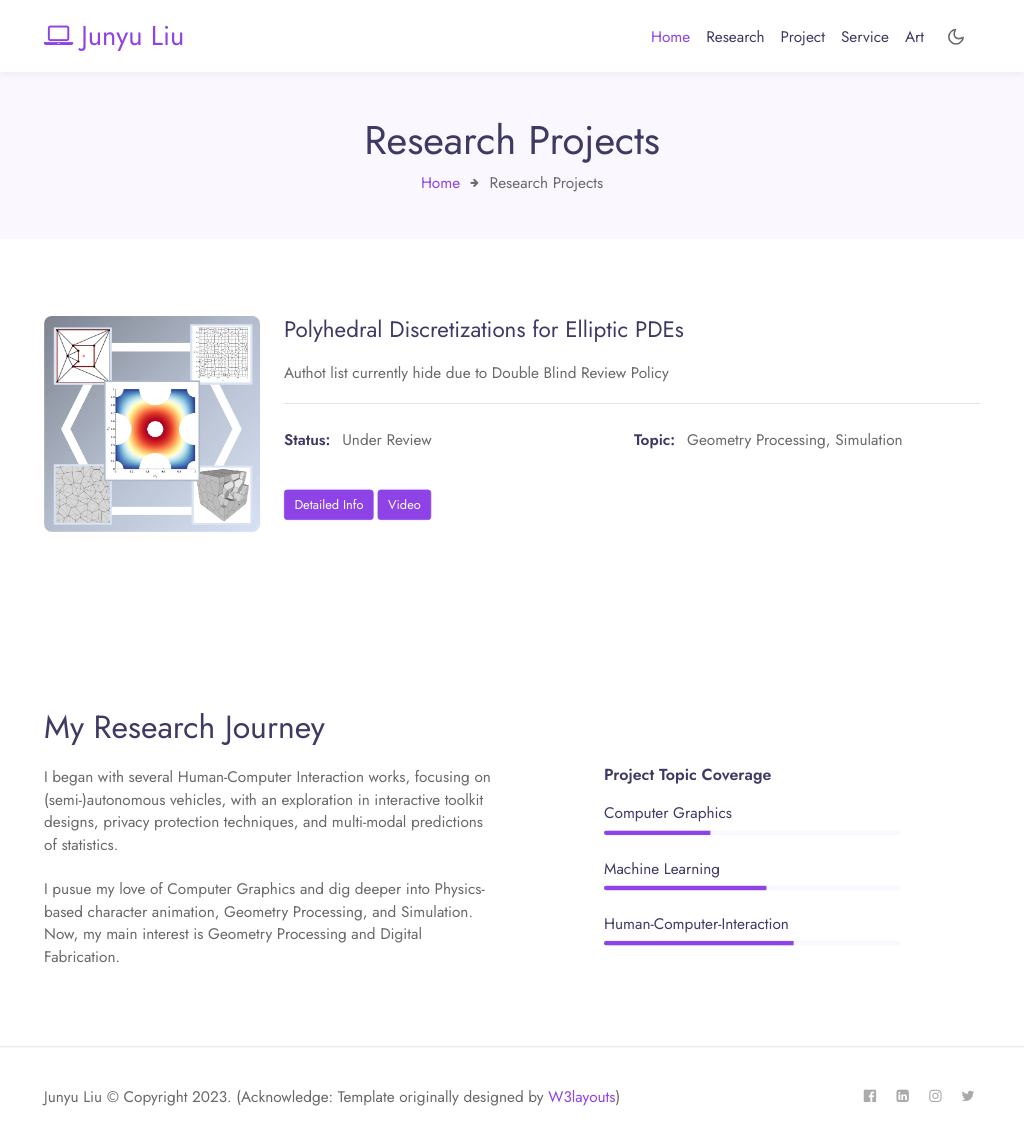
Repository: Junyu-Liu-Nate/junyu-liu-nate.github.io
Page: project.html
An editor plug-in stored every save of this project. The page is shown before and after the next save, followed by the edit.
The browser window is 1280 px wide. The pictures show the whole page, at 80% of full size.

Above is the page before, as saved 2024-04-10 17:55:43.
Console error: TypeError: Cannot read properties of null (reading 'classList')

### project.html
<!--
Author: Junyu Liu
Author: W3layouts
Author URL: http://w3layouts.com
-->
<!doctype html>
<html lang="en">

<head>
  <!-- Required meta tags -->
  <meta charset="utf-8">
  <meta name="viewport" content="width=device-width, initial-scale=1, shrink-to-fit=no">

  <title>Junyu Liu - Projects</title>

  <!-- google fonts -->
  <link href="//fonts.googleapis.com/css2?family=Jost:wght@300;400;600&display=swap" rel="stylesheet">

  <!-- Template CSS -->
  <link rel="stylesheet" href="assets/css/style-starter.css">
</head>

<body>
<!-- header -->
<header id="site-header" class="fixed-top">
  <div class="container">
      <nav class="navbar navbar-expand-lg stroke">
          <a class="navbar-brand" href="index.html">
              <span class="fa fa-laptop"></span> Junyu Liu
          </a>
          <!-- if logo is image enable this
      <a class="navbar-brand" href="#index.html">
          <img src="image-path" alt="Your logo" title="Your logo" style="height:35px;" />
      </a> -->
          <button class="navbar-toggler  collapsed bg-gradient" type="button" data-toggle="collapse"
              data-target="#navbarTogglerDemo02" aria-controls="navbarTogglerDemo02" aria-expanded="false"
              aria-label="Toggle navigation">
              <span class="navbar-toggler-icon fa icon-expand fa-bars"></span>
              <span class="navbar-toggler-icon fa icon-close fa-times"></span>
              </span>
          </button>

          <div class="collapse navbar-collapse" id="navbarTogglerDemo02">
            <ul class="navbar-nav ml-auto">
                <li class="nav-item active">
                    <a class="nav-link" href="index.html">Home <span class="sr-only">(current)</span></a>
                </li>
                <li class="nav-item @@research_active">
                    <a class="nav-link" href="research.html">Research</a>
                </li>
                <li class="nav-item @@project_active">
                  <a class="nav-link" href="project.html">Project</a>
                </li>
                <li class="nav-item @@service_active">
                  <a class="nav-link" href="service.html">Service</a>
                </li>
                <li class="nav-item @@art_active">
                    <a class="nav-link" href="art.html">Art</a>
                </li>
            </ul>
        </div>
          <!-- toggle switch for light and dark theme -->
          <div class="mobile-position">
              <nav class="navigation">
                  <div class="theme-switch-wrapper">
                      <label class="theme-switch" for="checkbox">
                          <input type="checkbox" id="checkbox">
                          <div class="mode-container">
                              <i class="gg-sun"></i>
                              <i class="gg-moon"></i>
                          </div>
                      </label>
                  </div>
              </nav>
          </div>
          <!-- //toggle switch for light and dark theme -->
      </nav>
  </div>
</header>
<!-- //header -->

<!-- about breadcrumb -->
<section class="w3l-about-breadcrumb text-center">
    <div class="breadcrumb-bg breadcrumb-bg-about py-sm-5 py-4">
        <div class="container py-2">
            <h2 class="title">Research Projects</h2>
            <ul class="breadcrumbs-custom-path mt-2">
                <li><a href="index.html">Home</a></li>
                <li class="active"><span class="fa fa-arrow-right mx-2" aria-hidden="true"></span> Research Projects </li>
            </ul>
        </div>
    </div>
</section>
<!-- //about breadcrumb -->

<!-- about page about section -->
<section class="w3l-aboutblock1" id="about">
    <div class="midd-w3 py-5">
        <div class="container py-lg-5 py-md-3">
              <div class="row">
                <div class="col-lg-3">
                  <div class="position-relative">
                      <img src="assets/images/project/thumnail/port-FEM-vs-VEM.png" alt="" class="radius-image img-fluid">
                  </div>
                </div>
                <div class="col-lg-9 mt-lg-0 mt-5">
                    <!-- <h5 class="title-small mb-2">Hello, I am UI/UX Designer</h5> -->
                    <h3 class="title">Polyhedral Discretizations for Elliptic PDEs</h3>
                    <p class="mt-4">
                      Authot list currently hide due to Double Blind Review Policy
                    </p>
                    <!-- <p class="mt-4">Proposed, developed and validated the first formalization method of Feint actions, the Palindrome-directed Generation of Feint. Designed and developed an automatic Feint generation model, FeintNet, to incorporate action-level policy designs with the formalization, enabling the effectiveness of Feint in multi-agent scenarios. The experiment results show that Feint actions brings overall benefits and introduce a great extent of diversity in Multi-Player Games.</p> -->
                    <div class="my-info mt-4">
                        <div class="single-info"><span>Status:</span>
                            <p>Under Review</p>
                        </div>
                        <div class="single-info"><span>Topic:</span>
                          <p>Geometry Processing, Simulation</p>
                        </div>
                    </div>
                    <div class="mt-sm-5 mt-4">
                      <a href="projects/Polygedral.html" class="btn btn-primary">Detailed Info</a>
                      <a href="https://youtu.be/e83U_-0MTHk" class="btn btn-primary">Video</a>
                      <!-- <a href="#download" class="btn btn-primary">Paper</a> -->
                      <!-- <a href="#download" class="btn btn-primary">Code</a> -->
                      <!-- <a href="#download" class="btn btn-primary">Video</a> -->
                    </div>
                    <!-- <div class="my-social mt-lg-3 mt-4">
                        <a href="#download" class="btn btn-style btn-primary">Detailed Info</a>
                        <ul class="social m-0 p-0">
                            <a href="#download" class="btn btn-outline-primary btn-style mr-2">Website</a>
                            <a href="#download" class="btn btn-outline-primary btn-style mr-2">Paper</a>
                            <a href="#download" class="btn btn-outline-primary btn-style mr-2">Code</a>
                        </ul>
                    </div> -->
                </div>
            </div>

            <!-- <p><br>-----------------------------------------------------------------------------------------------------------------------------------------------------------------------------------<br><br></p> -->
            <p><br></p>

        </div>
    </div>
</section>
<!-- //about page about section -->

<!-- about page third section -->
<section class="w3l-content-6 py-5">
    <div class="content-6-mian py-lg-5 py-md-4">
        <div class="container">
            <div class="content-info-in row">
                <div class="content-gd col-lg-6">
                    <h3 class="title-big mb-4">My Research Journey</h3>
                    <p>
                      I began with several Human-Computer Interaction works, focusing on (semi-)autonomous vehicles, with an exploration in interactive toolkit designs, privacy protection techniques, and multi-modal predictions of statistics.
                      <br><br>

                      I pusue my love of Computer Graphics and dig deeper into Physics-based character animation, Geometry Processing, and Simulation. Now, my main interest is Geometry Processing and Digital Fabrication.
                    </p>
                </div>
                <div class="content-gd col-lg-4 offset-lg-1">
                    <br><br><br>
                    <h5><b>Project Topic Coverage</b></h5><br>
                    <div class="progress-info">
                        <h6 class="progress-tittle">Computer Graphics</h6>
                        <div class="progress">
                            <div class="progress-bar progress-bar-striped" role="progressbar" style="width: 36%"
                                aria-valuenow="36" aria-valuemin="0" aria-valuemax="100">
                            </div>
                        </div>
                    </div>
                    <div class="progress-info">
                        <h6 class="progress-tittle">Machine Learning
                        </h6>
                        <div class="progress">
                            <div class="progress-bar progress-bar-striped" role="progressbar" style="width: 55%"
                                aria-valuenow="55" aria-valuemin="0" aria-valuemax="100">
                            </div>
                        </div>
                    </div>
                    <div class="progress-info">
                        <h6 class="progress-tittle">Human-Computer-Interaction</h6>
                        <div class="progress">
                            <div class="progress-bar progress-bar-striped" role="progressbar" style="width: 64%"
                                aria-valuenow="64" aria-valuemin="0" aria-valuemax="100">
                            </div>
                        </div>
                    </div>
                </div>
            </div>
        </div>
    </div>
</section>
<!-- about page third section -->

<!-- Footer -->
<section class="w3l-footer py-sm-5 py-4">
  <div class="container">
    <div class="footer-content">
      <div class="row">
        <div class="col-lg-8 footer-left">
          <p class="m-0">Junyu Liu © Copyright 2023. (Acknowledge: Template originally designed by <a href="https://w3layouts.com">W3layouts</a>)</p>
        </div>
        <div class="col-lg-4 footer-right text-lg-right text-center mt-lg-0 mt-3">
          <ul class="social m-0 p-0">
            <li><a href="#facebook"><span class="fa fa-facebook-official"></span></a></li>
            <li><a href="#linkedin"><span class="fa fa-linkedin-square"></span></a></li>
            <li><a href="#instagram"><span class="fa fa-instagram"></span></a></li>
            <li><a href="#twitter"><span class="fa fa-twitter"></span></a></li>
          </ul>
        </div>
      </div>
    </div>
  </div>

  <!-- move top -->
  <button onclick="topFunction()" id="movetop" title="Go to top">
    <span class="fa fa-angle-up"></span>
  </button>
  <script>
    // When the user scrolls down 20px from the top of the document, show the button
    window.onscroll = function () {
      scrollFunction()
    };

    function scrollFunction() {
      if (document.body.scrollTop > 20 || document.documentElement.scrollTop > 20) {
        document.getElementById("movetop").style.display = "block";
      } else {
        document.getElementById("movetop").style.display = "none";
      }
    }

    // When the user clicks on the button, scroll to the top of the document
    function topFunction() {
      document.body.scrollTop = 0;
      document.documentElement.scrollTop = 0;
    }
  </script>
  <!-- /move top -->
</section>
<!-- //Footer -->

<!-- all js scripts and files here -->

<script src="assets/js/theme-change.js"></script><!-- theme switch js (light and dark)-->

<script src="assets/js/jquery-3.3.1.min.js"></script><!-- default jQuery -->

<!-- /typig-text-->
<script>
  const typedTextSpan = document.querySelector(".typed-text");
  const cursorSpan = document.querySelector(".cursor");

  const textArray = ["UI/UX Designer", "Freelancer", "Web developer"];
  const typingDelay = 200;
  const erasingDelay = 10;
  const newTextDelay = 100; // Delay between current and next text
  let textArrayIndex = 0;
  let charIndex = 0;

  function type() {
    if (charIndex < textArray[textArrayIndex].length) {
      if (!cursorSpan.classList.contains("typing")) cursorSpan.classList.add("typing");
      typedTextSpan.textContent += textArray[textArrayIndex].charAt(charIndex);
      charIndex++;
      setTimeout(type, typingDelay);
    } else {
      cursorSpan.classList.remove("typing");
      setTimeout(erase, newTextDelay);
    }
  }

  function erase() {
    if (charIndex > 0) {
      // add class 'typing' if there's none
      if (!cursorSpan.classList.contains("typing")) {
        cursorSpan.classList.add("typing");
      }
      typedTextSpan.textContent = textArray[textArrayIndex].substring(0, 0);
      charIndex--;
      setTimeout(erase, erasingDelay);
    } else {
      cursorSpan.classList.remove("typing");
      textArrayIndex++;
      if (textArrayIndex >= textArray.length) textArrayIndex = 0;
      setTimeout(type, typingDelay);
    }
  }

  document.addEventListener("DOMContentLoaded", function () { // On DOM Load initiate the effect
    if (textArray.length) setTimeout(type, newTextDelay + 250);
  });
</script>
<!-- //typig-text-->

<!-- services owlcarousel -->
<script src="assets/js/owl.carousel.js"></script>

<!-- script for services -->
<script>
  $(document).ready(function () {
    $('.owl-two').owlCarousel({
      loop: true,
      margin: 30,
      nav: false,
      responsiveClass: true,
      autoplay: false,
      autoplayTimeout: 5000,
      autoplaySpeed: 1000,
      autoplayHoverPause: false,
      responsive: {
        0: {
          items: 1,
          nav: false
        },
        480: {
          items: 1,
          nav: false
        },
        700: {
          items: 1,
          nav: false
        },
        1090: {
          items: 3,
          nav: false
        }
      }
    })
  })
</script>
<!-- //script for services -->

<!-- script for tesimonials carousel slider -->
<script>
  $(document).ready(function () {
    $("#owl-demo1").owlCarousel({
      loop: true,
      margin: 20,
      nav: false,
      responsiveClass: true,
      responsive: {
        0: {
          items: 1,
          nav: false
        },
        736: {
          items: 1,
          nav: false
        },
        1000: {
          items: 2,
          nav: false,
          loop: false
        }
      }
    })
  })
</script>
<!-- //script for tesimonials carousel slider -->

<!-- video popup -->
<script src="assets/js/jquery.magnific-popup.min.js"></script>
<script>
  $(document).ready(function () {
    $('.popup-with-zoom-anim').magnificPopup({
      type: 'inline',

      fixedContentPos: false,
      fixedBgPos: true,

      overflowY: 'auto',

      closeBtnInside: true,
      preloader: false,

      midClick: true,
      removalDelay: 300,
      mainClass: 'my-mfp-zoom-in'
    });

    $('.popup-with-move-anim').magnificPopup({
      type: 'inline',

      fixedContentPos: false,
      fixedBgPos: true,

      overflowY: 'auto',

      closeBtnInside: true,
      preloader: false,

      midClick: true,
      removalDelay: 300,
      mainClass: 'my-mfp-slide-bottom'
    });
  });
</script>
<!-- //video popup -->

<!-- stats number counter-->
<script src="assets/js/jquery.waypoints.min.js"></script>
<script src="assets/js/jquery.countup.js"></script>
<script>
  $('.counter').countUp();
</script>
<!-- //stats number counter -->

<!-- disable body scroll which navbar is in active -->
<script>
  $(function () {
    $('.navbar-toggler').click(function () {
      $('body').toggleClass('noscroll');
    })
  });
</script>
<!-- disable body scroll which navbar is in active -->

<!--/MENU-JS-->
<script>
  $(window).on("scroll", function () {
    var scroll = $(window).scrollTop();

    if (scroll >= 80) {
      $("#site-header").addClass("nav-fixed");
    } else {
      $("#site-header").removeClass("nav-fixed");
    }
  });

  //Main navigation Active Class Add Remove
  $(".navbar-toggler").on("click", function () {
    $("header").toggleClass("active");
  });
  $(document).on("ready", function () {
    if ($(window).width() > 991) {
      $("header").removeClass("active");
    }
    $(window).on("resize", function () {
      if ($(window).width() > 991) {
        $("header").removeClass("active");
      }
    });
  });
</script>
<!--//MENU-JS-->

<!-- bootstrap js -->
<script src="assets/js/bootstrap.min.js"></script>

</body>

</html>

Loaded but not shown: assets/css/style-starter.css (library); assets/js/theme-change.js (common file); assets/js/jquery-3.3.1.min.js (library); assets/js/owl.carousel.js (library); assets/js/jquery.magnific-popup.min.js (library); assets/js/jquery.waypoints.min.js (library); assets/js/jquery.countup.js (common file); assets/js/bootstrap.min.js (library)

After the next save:
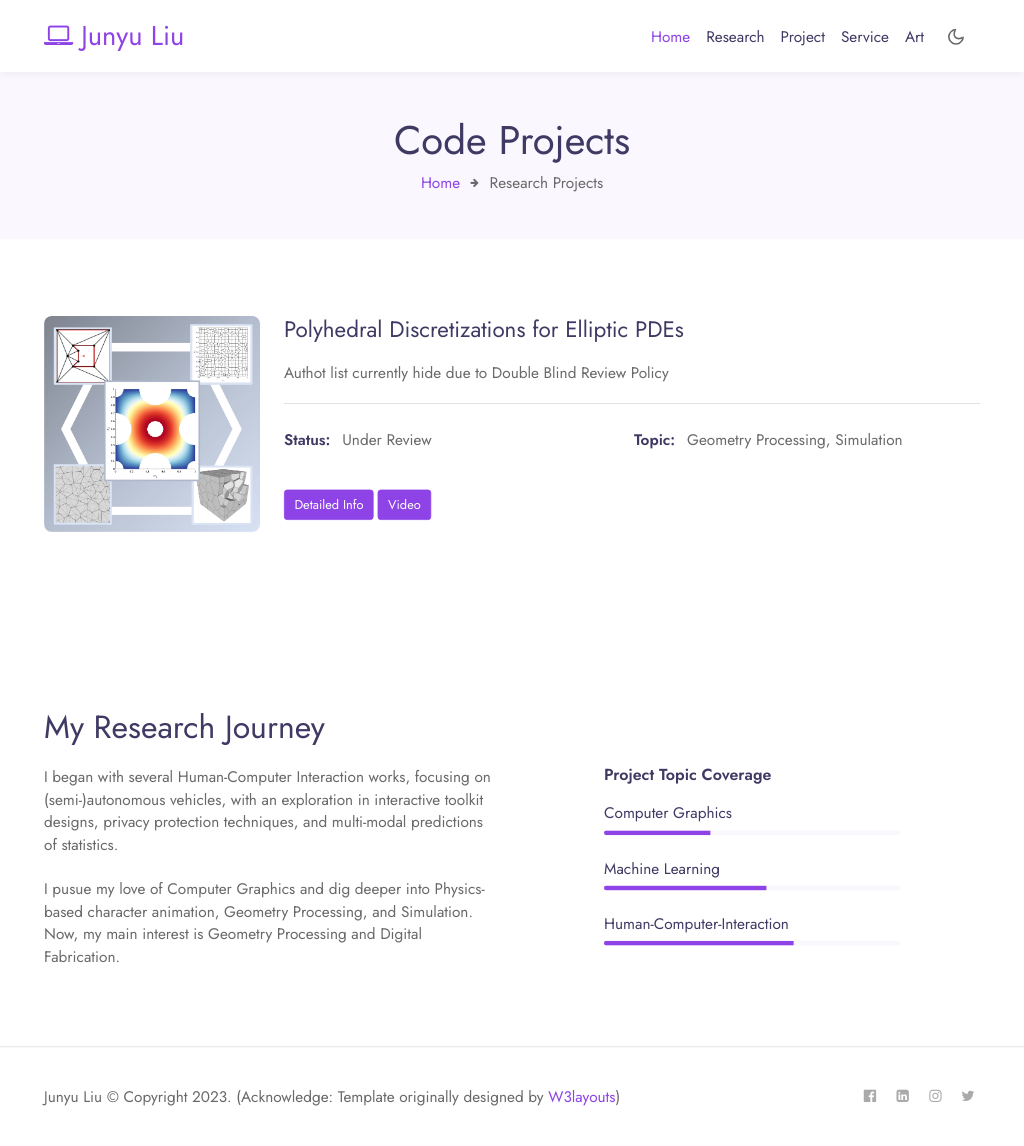
Saved 29 s later.
--- a/project.html
+++ b/project.html
@@ -83,7 +83,7 @@
 <section class="w3l-about-breadcrumb text-center">
     <div class="breadcrumb-bg breadcrumb-bg-about py-sm-5 py-4">
         <div class="container py-2">
-            <h2 class="title">Research Projects</h2>
+            <h2 class="title">Code Projects</h2>
             <ul class="breadcrumbs-custom-path mt-2">
                 <li><a href="index.html">Home</a></li>
                 <li class="active"><span class="fa fa-arrow-right mx-2" aria-hidden="true"></span> Research Projects </li>
